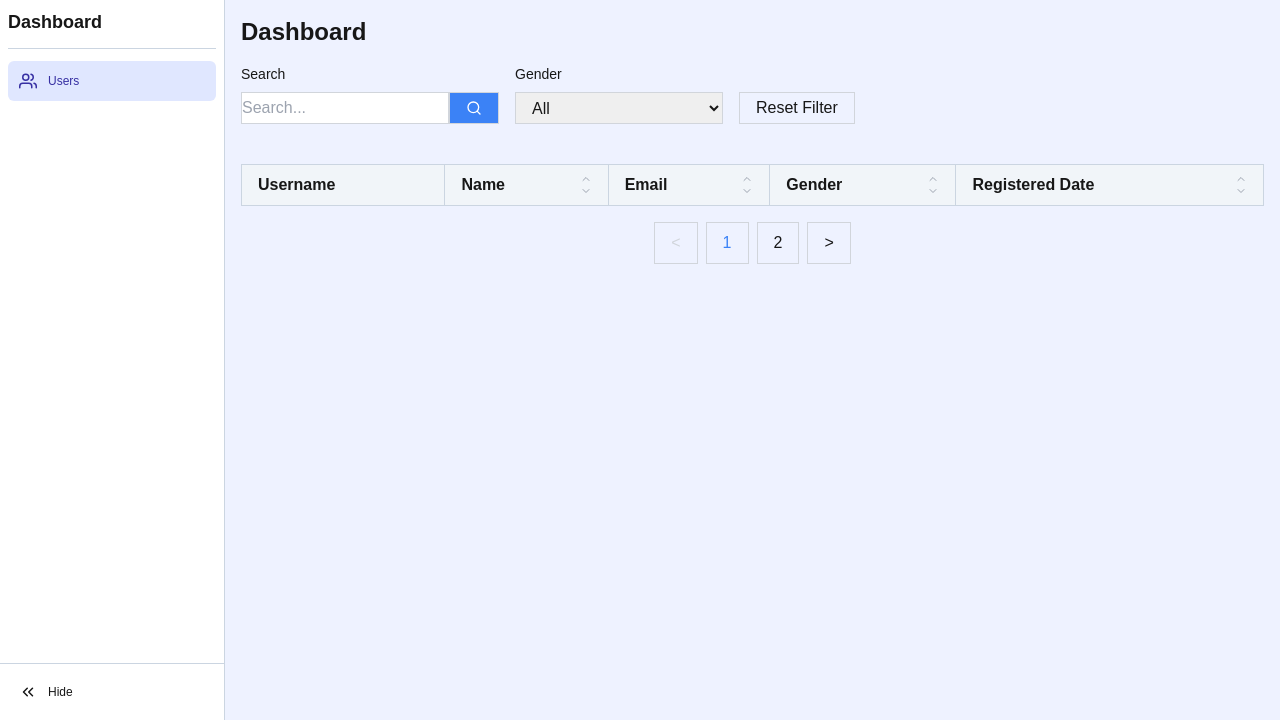
Repository: Ademaulana100499/userdashboard
Page: /
An editor plug-in stored every save of this project. The page is shown before and after the next save, followed by the edit.
The browser window is 1280 px wide. The pictures show the whole page.
The page's requests for data from a server got no answer. The project was rebuilt for these pictures with package versions that can differ from the ones it lists, and the page was loaded fresh each time. The framework's server and built-in components were replaced by stand-ins that run in the browser. No one was signed in, and anything a server would have sent is missing. Also part of the build but not shown: next.config.mjs.

Above is the page before, as saved 2025-02-14 22:26:43.

After the next save:
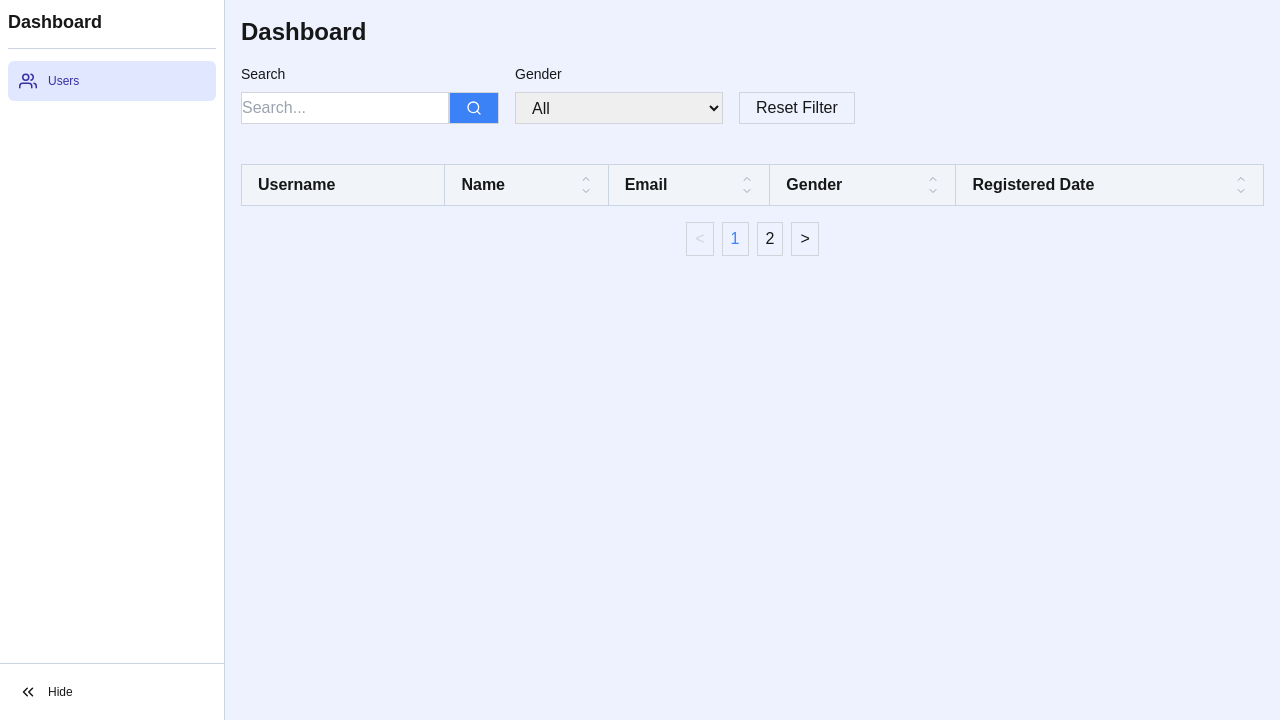
Saved 46 s later.
--- a/src/components/DashboardContent.jsx
+++ b/src/components/DashboardContent.jsx
@@ -278,14 +278,14 @@ const DashboardContent = () => {
         <button
           onClick={() => handlePageChange(currentPage - 1)}
           disabled={currentPage === 1}
-          className="px-4 py-2 border border-gray-300    disabled:text-gray-300">
+          className="px-2 py-1 border border-gray-300    disabled:text-gray-300">
           &lt;
         </button>
 
         {/* Page Numbers */}
         <button
           onClick={() => handlePageChange(1)}
-          className={`px-4 py-2  border border-gray-300  ${
+          className={`px-2 py-1  border border-gray-300  ${
             currentPage === 1 ? "text-blue-500 border border-blue-500" : ""
           }`}>
           1
@@ -293,7 +293,7 @@ const DashboardContent = () => {
 
         <button
           onClick={() => handlePageChange(2)}
-          className={`px-4 py-2  border border-gray-300 ${
+          className={`px-2 py-1  border border-gray-300 ${
             currentPage === 2 ? "text-blue-500 border border-blue-500" : ""
           }`}>
           2
@@ -303,7 +303,7 @@ const DashboardContent = () => {
         <button
           onClick={() => handlePageChange(currentPage + 1)}
           disabled={currentPage === totalPages}
-          className="px-4 py-2 border border-gray-300  disabled:text-gray-300">
+          className="px-2 py-1 border border-gray-300  disabled:text-gray-300">
           &gt;
         </button>
       </div>
